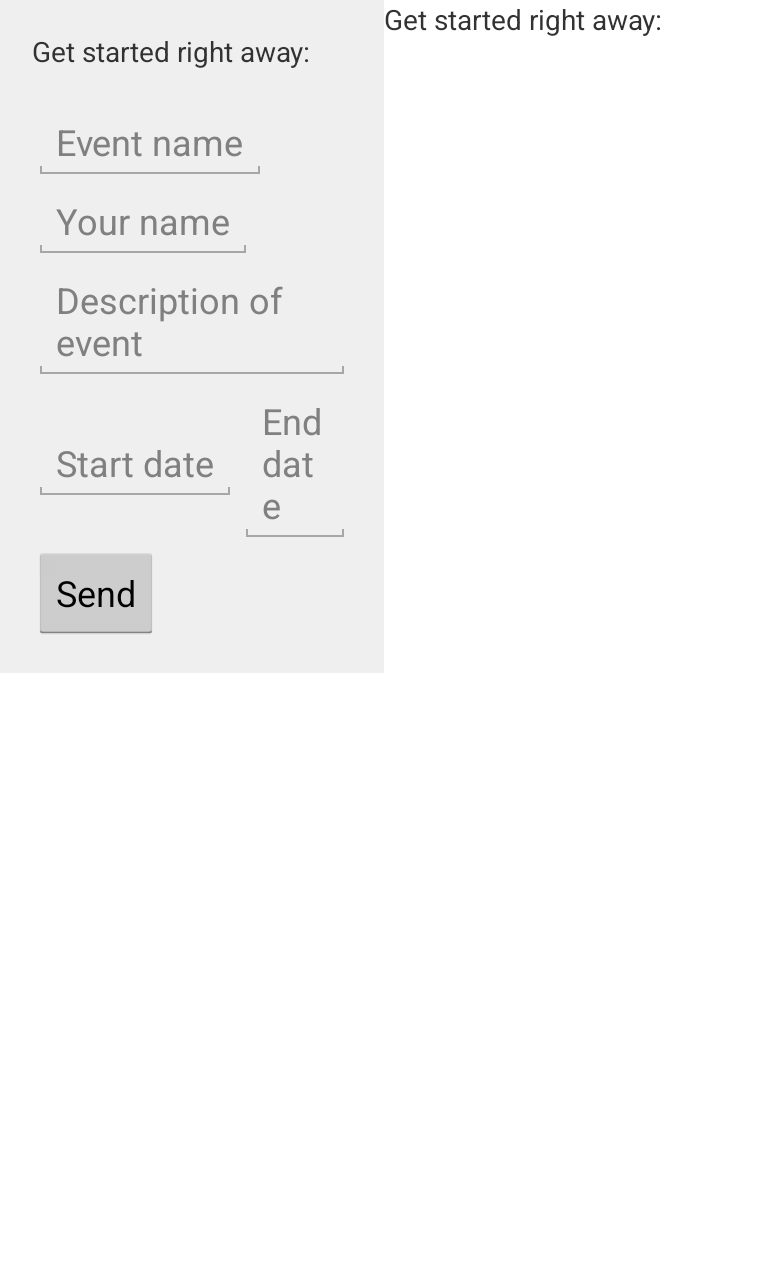
Repository: Raytray/WTFIIMC
Layout: Android/WTFIIMC/res/layout/activity_main.xml
An editor plug-in stored every save of this project. The layout is shown before and after the next save, followed by the edit.
It is drawn on a 768 x 1280 px phone screen (xhdpi) without system bars, with theme AppTheme; the app's code is not run.

Above is the layout before, as saved 2013-10-28 02:35:57.

### Android/WTFIIMC/res/layout/activity_main.xml
<TableLayout xmlns:android="http://schemas.android.com/apk/res/android"
			    xmlns:tools="http://schemas.android.com/tools"
    android:layout_width="fill_parent"
    android:layout_height="fill_parent"
    android:stretchColumns="1" >
    <TableRow>

        <FrameLayout
                android:layout_height="wrap_content"
                android:layout_width="0dp"
                android:layout_weight="1">
	    <ScrollView android:layout_width="fill_parent"
            	android:layout_height="fill_parent"
            	android:background="#efefef">
            <LinearLayout
			    android:layout_width="match_parent"
			    android:layout_height="match_parent"
			    android:paddingBottom="@dimen/activity_vertical_margin"
			    android:paddingLeft="@dimen/activity_horizontal_margin"
			    android:paddingRight="@dimen/activity_horizontal_margin"
			    android:paddingTop="@dimen/activity_vertical_margin"
			    android:orientation="vertical"
			    tools:context=".MainActivity" >

			    <TextView
			        android:layout_width="wrap_content"
			        android:layout_height="wrap_content"
			        android:text="@string/hello_world" />
				<EditText android:id="@+id/event_name"
			        android:layout_width="wrap_content"
			        android:layout_height="wrap_content"
			        android:hint="@string/prompt_event_name" />
				<EditText android:id="@+id/owner_name"
			        android:layout_width="wrap_content"
			        android:layout_height="wrap_content"
			        android:hint="@string/prompt_owner_name" />
				<EditText android:id="@+id/event_desc"
			        android:layout_width="wrap_content"
			        android:layout_height="wrap_content"
			        android:hint="@string/prompt_event_desc" />
				<LinearLayout
				    android:layout_width="match_parent"
				    android:layout_height="match_parent"
				    android:orientation="horizontal">
				<EditText android:id="@+id/start_date"
			        android:layout_width="wrap_content"
			        android:layout_height="wrap_content"
			        android:hint="@string/prompt_start_date" />
				<TextView
				    android:hint="@string/date_to"/>
				<EditText android:id="@+id/end_date"
			        android:layout_width="wrap_content"
			        android:layout_height="wrap_content"
			        android:hint="@string/prompt_end_date" />
				</LinearLayout>
				<Button
			        android:layout_width="wrap_content"
			        android:layout_height="wrap_content"
			        android:text="@string/button_send" />
			</LinearLayout>
		</ScrollView>
		</FrameLayout>

		<FrameLayout
                android:layout_height="wrap_content"
                android:layout_width="0dp"
                android:layout_weight="1">
	    	<TextView
			        android:layout_width="wrap_content"
			        android:layout_height="wrap_content"
			        android:text="@string/hello_world" />
	    </FrameLayout>

    </TableRow>

</TableLayout>

### Android/WTFIIMC/res/values/strings.xml
<?xml version="1.0" encoding="utf-8"?>
<resources>

    <string name="app_name">WTFIIMC</string>
    <string name="action_settings">Settings</string>
    <string name="hello_world">Get started right away:\n</string>

    <string name="prompt_event_name">Event name</string>
    <string name="prompt_owner_name">Your name</string>
    <string name="prompt_start_date">Start date</string>
    <string name="date_to"> to </string>
    <string name="prompt_event_desc">Description of event</string>
    <string name="prompt_end_date">End date</string>
    <string name="button_send">Send</string>
    <string name="title_activity_main">MainActivity</string>
</resources>

Loaded but not shown: Android/WTFIIMC/res/values/styles.xml (common file); Android/WTFIIMC/res/values-v11/styles.xml (common file); Android/WTFIIMC/res/values-v14/styles.xml (common file); Android/WTFIIMC/res/values/dimens.xml (common file)

After the next save:
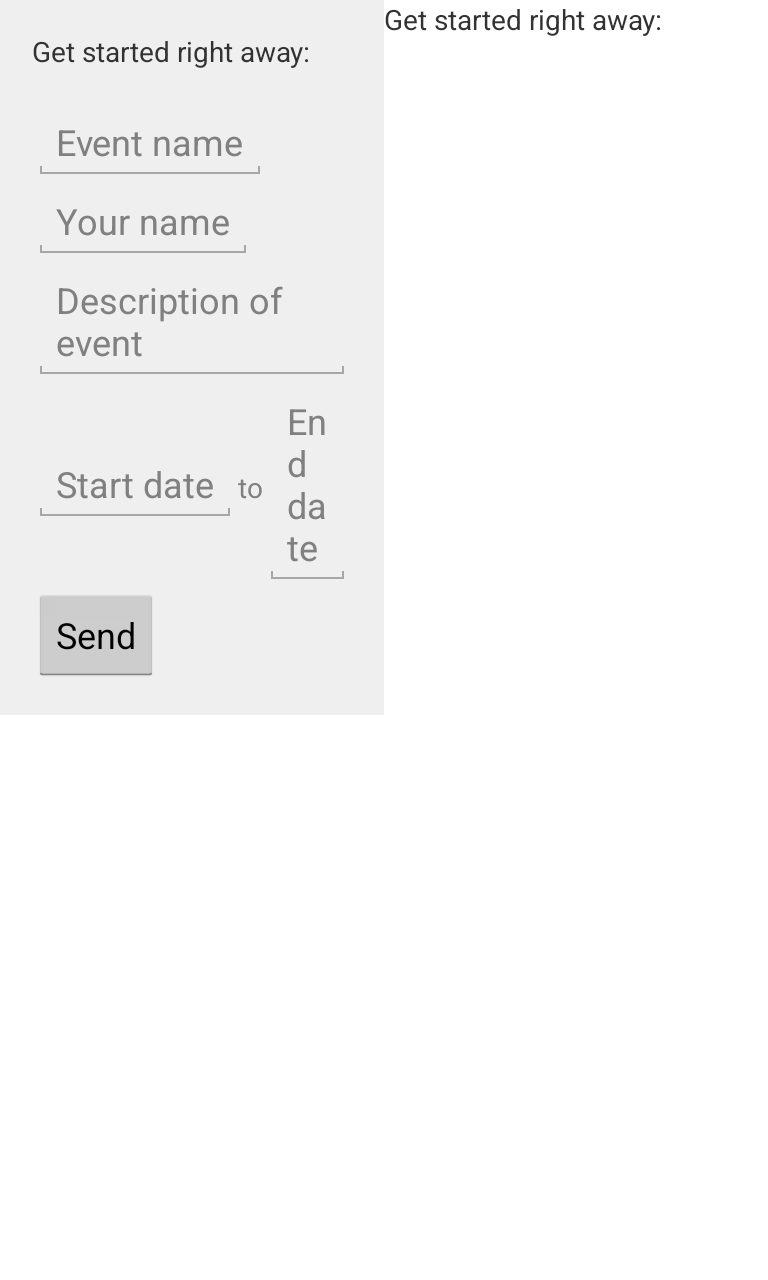
Saved 28 s later.
--- a/Android/WTFIIMC/res/layout/activity_main.xml
+++ b/Android/WTFIIMC/res/layout/activity_main.xml
@@ -47,6 +47,8 @@
 			        android:layout_height="wrap_content"
 			        android:hint="@string/prompt_start_date" />
 				<TextView
+				    android:layout_width="wrap_content"
+			        android:layout_height="wrap_content"
 				    android:hint="@string/date_to"/>
 				<EditText android:id="@+id/end_date"
 			        android:layout_width="wrap_content"
